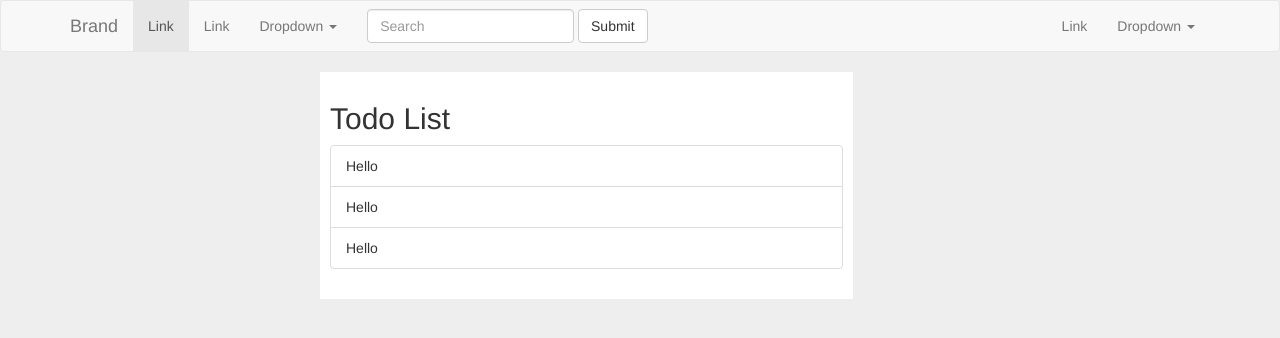
Repository: neoighodaro-articles/migrating-to-laravel
Page: http://localhost/pages/home.php
An editor plug-in stored every save of this project. The page is shown before and after the next save, followed by the edit.
The browser window is 1280 px wide. The pictures show the whole page.
The page is run by PHP 8.4 with error messages shown; the project is at /var/www/html/.

Above is the page before, as saved 2018-06-12 20:02:20.

After the next save:
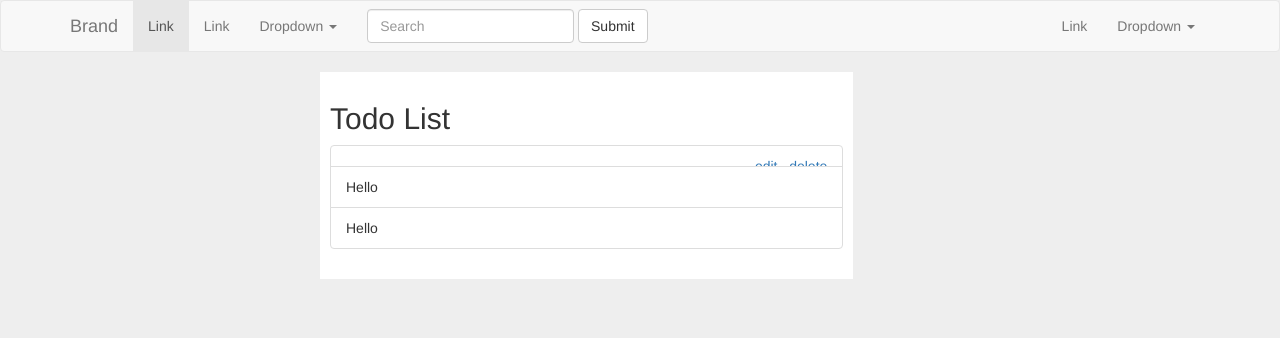
Saved 28 s later.
--- a/vanilla/pages/home.php
+++ b/vanilla/pages/home.php
@@ -72,7 +72,10 @@
     <h2>Todo List</h2>
     <ul class="list-group">
       <li class="list-group-item">
-        Hello
+        <span class="pull-right">
+          <a href="#">edit</a> &nbsp;
+          <a href="#">delete</a>
+        </span>
       </li>
       <li class="list-group-item">
         Hello
